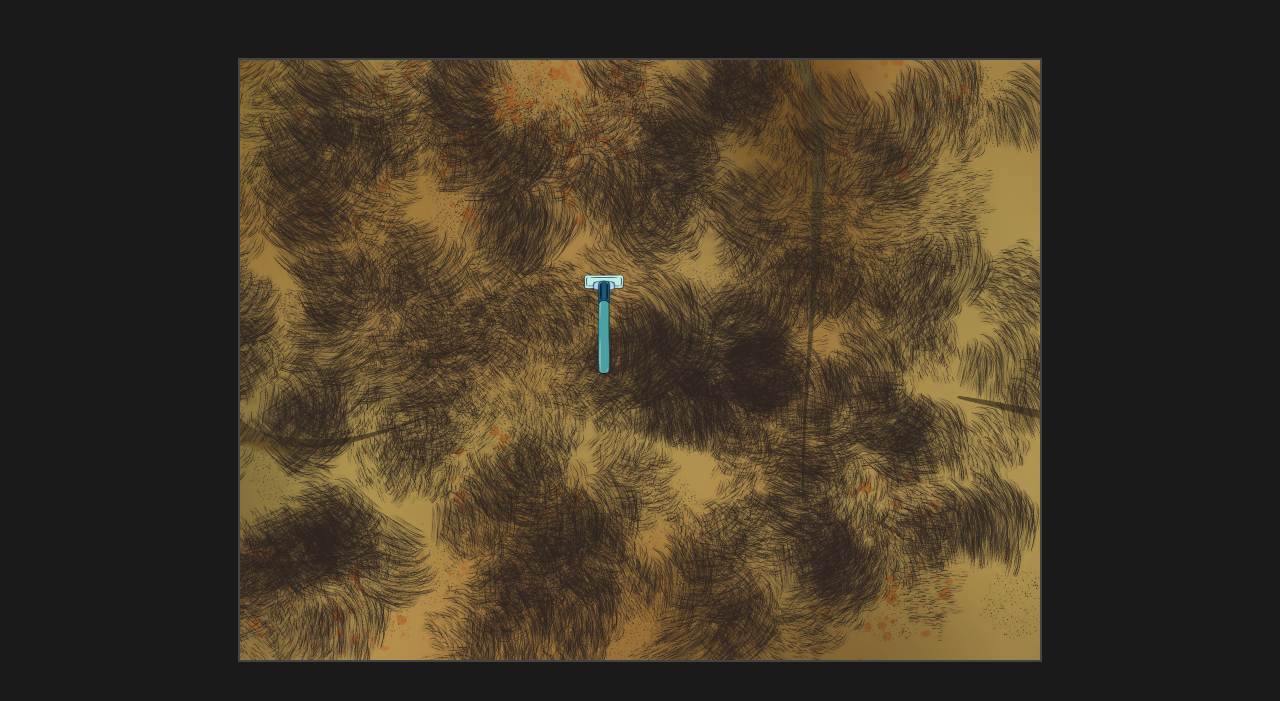
Repository: MaiCrespo/Shave-My-Back
Page: index.html
These files come from the project's save history. The page is drawn as it stood at one moment and after the next save; the edit follows.
The browser window is 1280 px wide. The pictures show the whole page.

Above is the page before, as saved 2026-01-26 21:06:28.

After the next save:
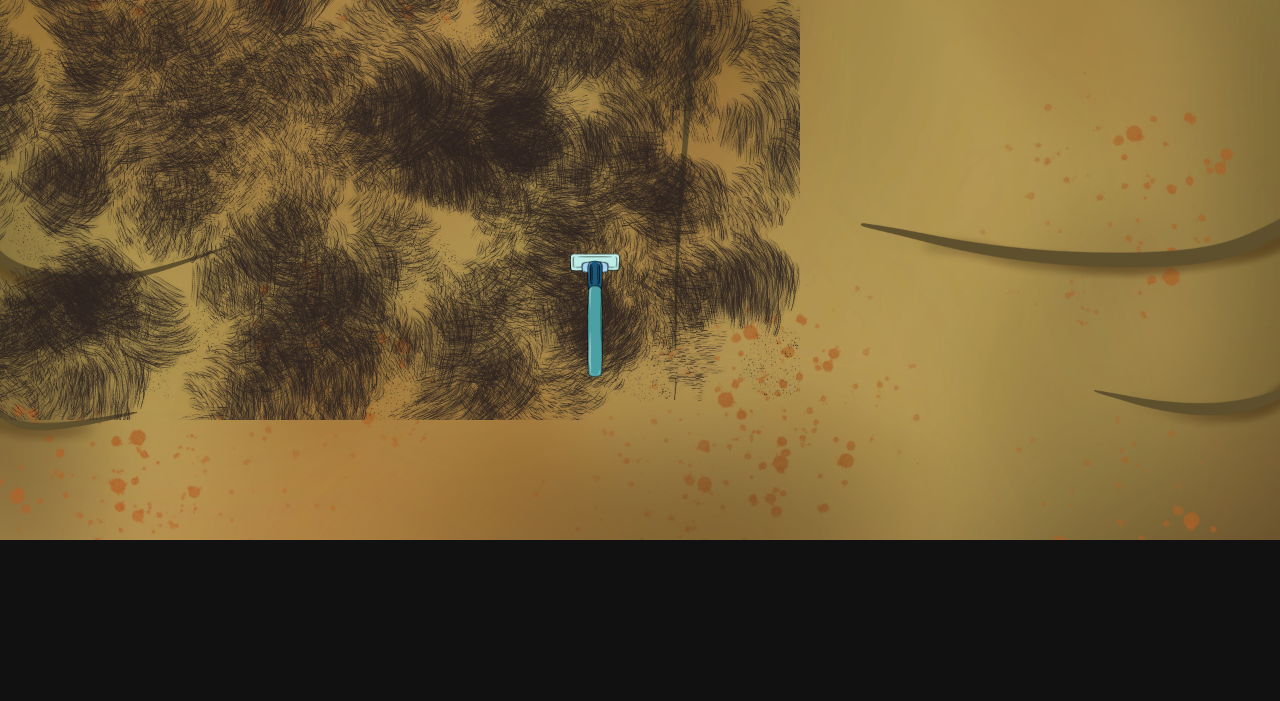
Saved 2 min 17 s later.
--- a/index.html
+++ b/index.html
@@ -4,24 +4,29 @@
     <meta charset="UTF-8" />
     <title>Shave My Back Simulator</title>
     <style>
-      body {
+      body,
+      html {
         margin: 0;
+        padding: 0;
+        width: 100%;
+        height: 100%;
+        overflow: hidden;
+        background-color: #111;
         display: flex;
         justify-content: center;
         align-items: center;
-        height: 100vh;
-        background: #1a1a1a;
         cursor: none;
-        overflow: hidden;
       }
       #game-container {
+        /* Fixed Aspect Ratio based on 1920x1080 */
+        width: 1920px;
+        height: 1080px;
+        background-image: url("assets/Skin.png");
+        background-size: contain;
+        background-repeat: no-repeat;
         position: relative;
-        width: 800px;
-        height: 600px;
-        /* Pointing to the assets folder */
-        background-image: url("assets/Skin.png");
-        background-size: cover;
-        border: 2px solid #444;
+        /* Scaled to fit window while keeping 1920x1080 ratio */
+        transform-origin: center;
       }
       canvas {
         position: absolute;
@@ -32,14 +37,14 @@
       #razor {
         position: fixed;
         pointer-events: none;
-        width: 120px;
+        width: 150px;
         z-index: 1000;
         transform: translate(-30%, -30%);
       }
       .wound {
         position: absolute;
         pointer-events: none;
-        width: 60px;
+        width: 100px;
         z-index: 5;
       }
     </style>
